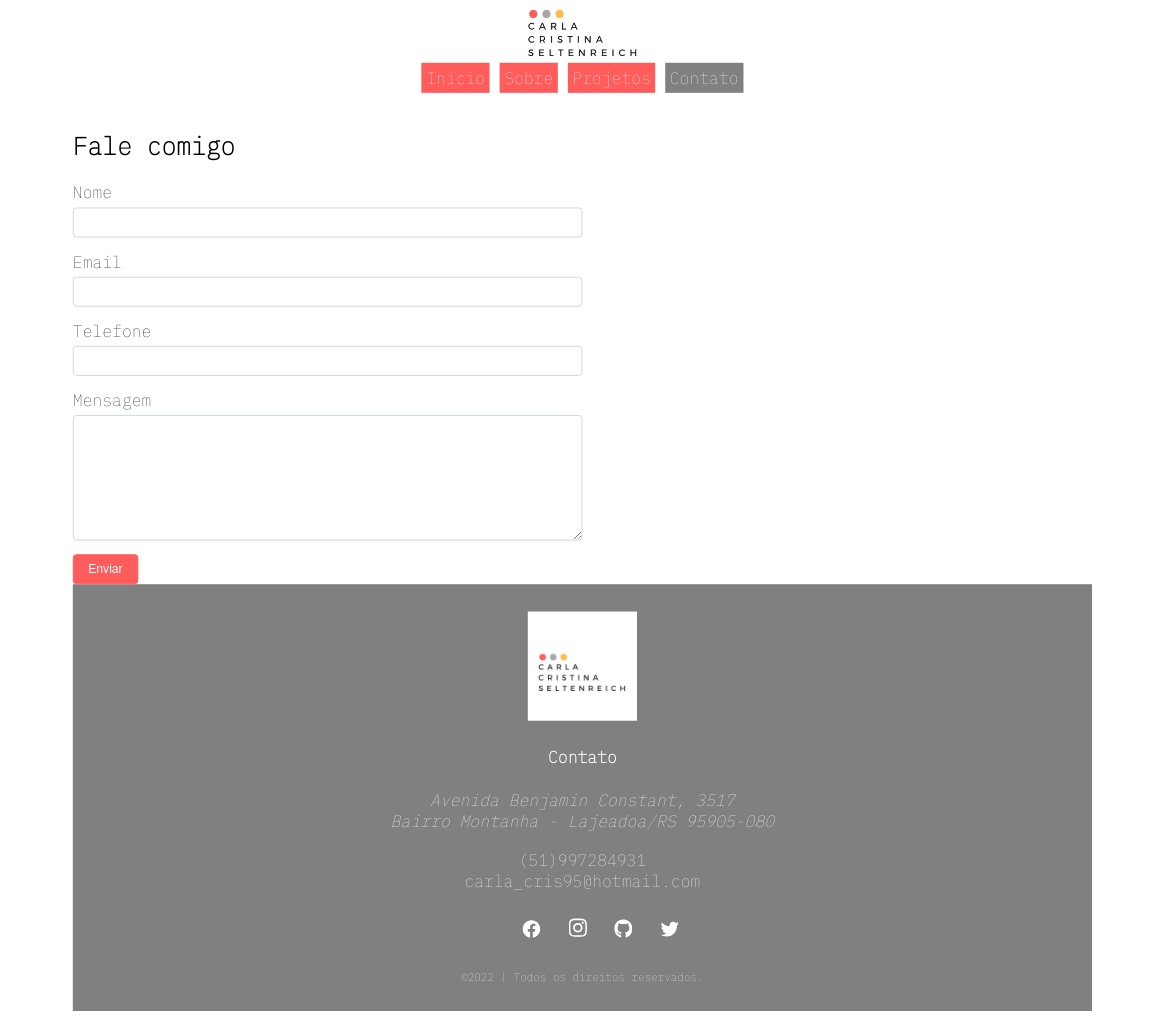
Repository: carla-seltenreich/portfolio
Page: contact.html
An editor plug-in stored every save of this project. The page is shown before and after the next save, followed by the edit.
The browser window is 1280 px wide. The pictures show the whole page, at 91% of full size.

Above is the page before, as saved 2022-05-26 18:18:18.

After the next save:
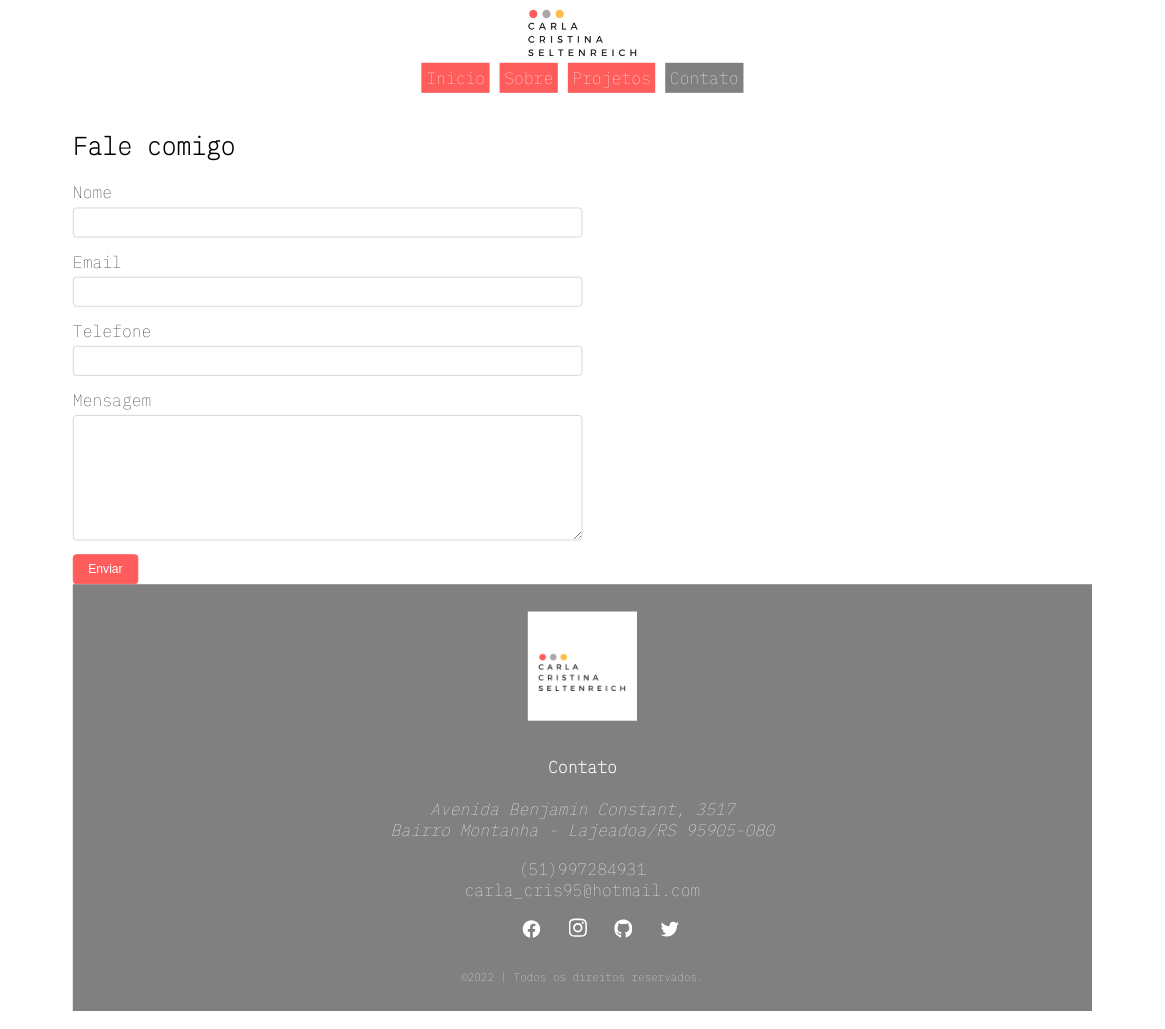
Saved 46 s later.
--- a/style.css
+++ b/style.css
@@ -239,6 +239,11 @@
     position: relative;
 }
 
+.footer-contact {
+    position: relative;
+    top: 10px;
+}
+
 .footer {
     color: #fff;
     background: grey;

After the save that followed:
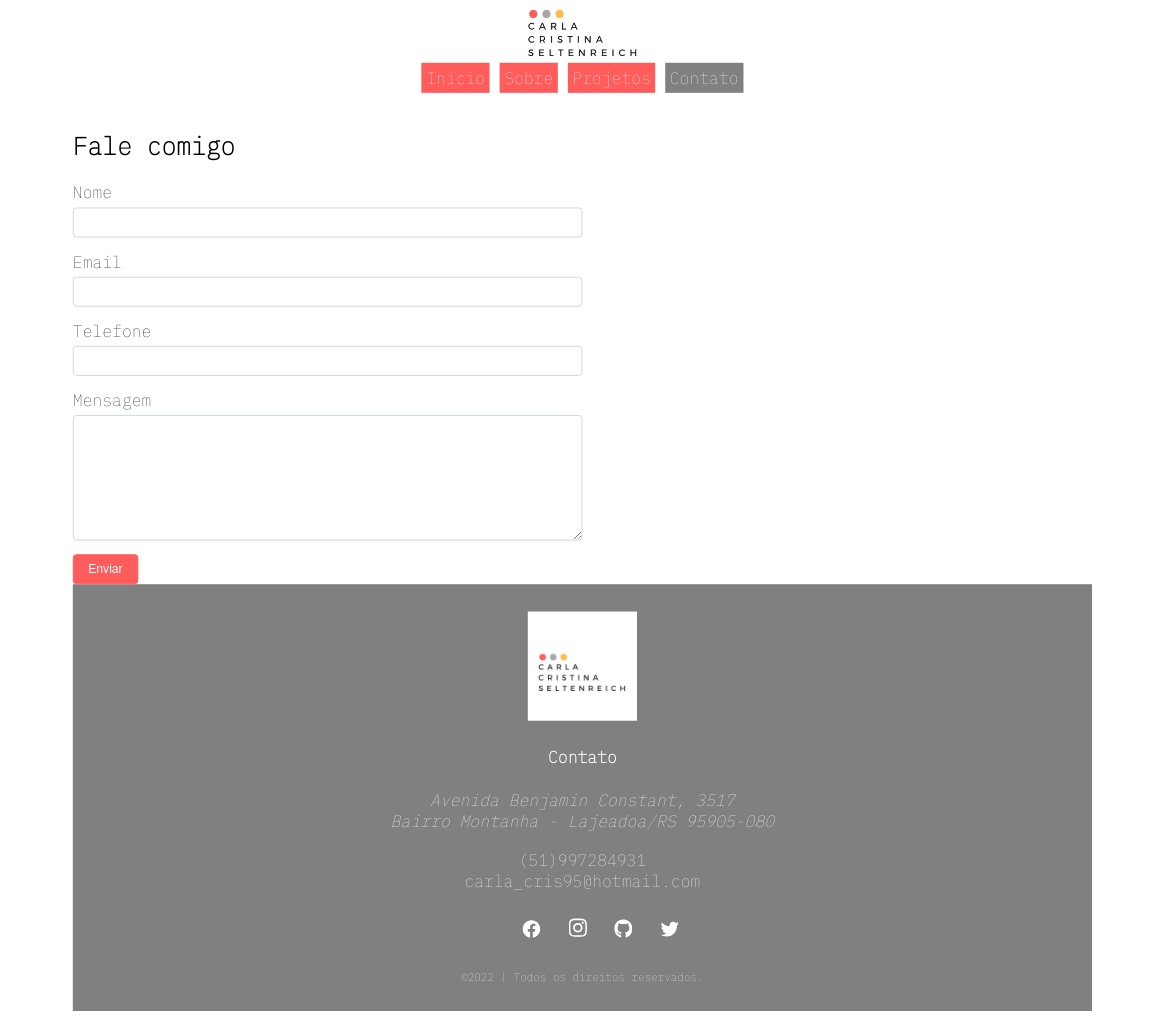
Saved 57 s later.
--- a/style.css
+++ b/style.css
@@ -240,7 +240,7 @@
 }
 
 .footer-contact {
-    position: relative;
+    position: inherit;
     top: 10px;
 }
 
